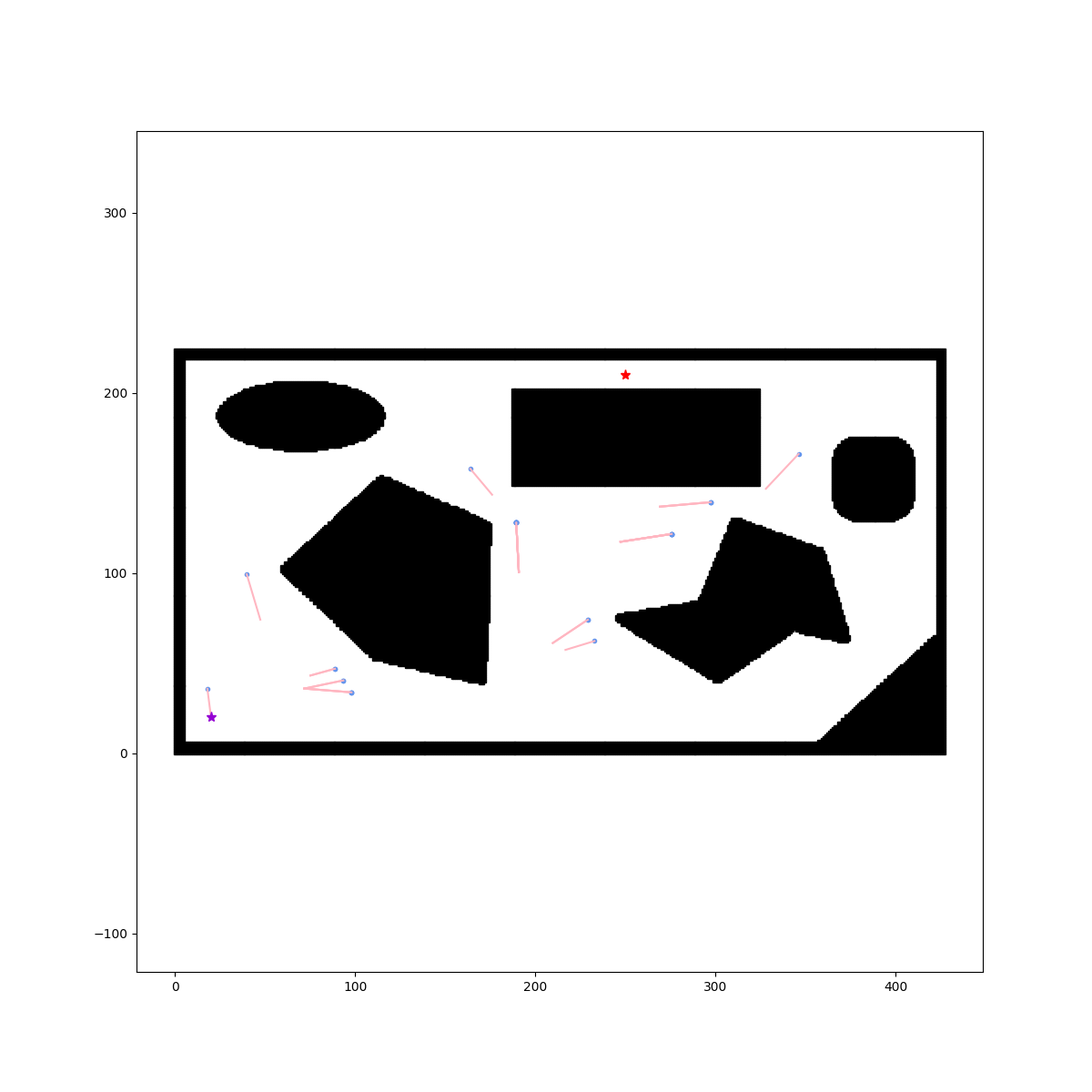
Repository: BaoL067/Pnc-Learning
Script's output: python sampling_based_planner/rrt_star.py
An editor plug-in stored every save of this project. The script's output is shown before and after the next save, followed by the edit.
The pictures are shown at 91% of full size.
Animations are shown at an early frame. Random numbers start from a fixed seed. It also reads sampling_based_planner/maps/map3.png.

Above is the script's output before, as saved 2024-10-06 17:51:50.

### sampling_based_planner/rrt_star.py
import math
import random

import sys
import matplotlib.pyplot as plt
import cv2
import pathlib
import numpy as np

SHOW_SAMPLING_PROCESS = True
random.seed(0)
class RRTStar:
    class Node:
        def __init__(self, x, y):
            # the position of node
            self.x = x
            self.y = y
            # the path between current node and its parent
            self.path_x = []
            self.path_y = []
            # the cost of node
            self.cost = 0
            # the parent of node
            self.parent = None

        def reset(self):
            self.path_x = []
            self.path_y = []
            self.parent = None


    def __init__(self,
                start,
                goal,
                x_rand_area,
                y_rand_area,
                obstacle_map = None,
                extend_dist = 10.0,
                path_resolution = 1.0,
                goal_sample_rate = 10,
                max_iter = 1000,
                near_nodes_dist_threshold = 30.0,
                search_until_max_iter = False):

        self.start = self.Node(start[0], start[1])
        self.end = self.Node(goal[0], goal[1])
        self.x_min_rand = x_rand_area[0]
        self.x_max_rand = x_rand_area[1]
        self.y_min_rand = y_rand_area[0]
        self.y_max_rand = y_rand_area[1]
        self.obstacle_map = obstacle_map
        self.extend_dist = extend_dist
        self.path_resolution = path_resolution
        self.goal_sample_rate = goal_sample_rate
        self.max_iter = max_iter

        self.near_nodes_dist_threshold = near_nodes_dist_threshold
        self.search_until_max_iter = search_until_max_iter

        self.goal_node = self.Node(goal[0], goal[1])
        self.node_list = []

    def planning(self):
        self.draw_start_and_goal()
        self.node_list = [self.start]

        for i in range(self.max_iter):
            # TODO: 1. generate random node within the x/y range
            random_node = self.generate_random_node()

            # TODO: 2. find the nearest node to random node in the tree
            nearest_node = min(self.node_list, key=lambda node: math.hypot(node.x - random_node.x, node.y - random_node.y))

            # TODO: 3. Steer the nearest_node to random with extend_dist
            dx = random_node.x - nearest_node.x
            dy = random_node.y - nearest_node.y
            d = math.hypot(dx, dy)
            if d >= self.extend_dist:
                new_node = self.Node(nearest_node.x + self.extend_dist * dx / d, nearest_node.y + self.extend_dist * dy / d)
                self.rewire(new_node, nearest_node)
            else:
                continue

            if self.check_collision_with_obs_map(new_node, self.obstacle_map):
                # RRT implementation
                self.node_list.append(new_node)
                # self.draw_node_and_edge(new_node)
                # RRT* implementation
                # TODO: 4. find nodes near the new_node, and choose the parent which maintains a minimum-cost from the start node
                near_nodes = [node for node in self.node_list if math.hypot(node.x - new_node.x, node.y - new_node.y) <= self.near_nodes_dist_threshold]
                collision_free_nodes = self.find_collision_free_node(new_node, near_nodes)
                optimal_node = min(collision_free_nodes, key=lambda node: node.cost + math.hypot(node.x - new_node.x, node.y - new_node.y))
                self.rewire(new_node, optimal_node)

                # TODO: 5. rewire the tree and draw current node and the edge between it and its parent node
                for near_node in collision_free_nodes:
                    if near_node.cost > new_node.cost + math.hypot(near_node.x - new_node.x, near_node.y - new_node.y):
                        self.rewire(near_node, new_node)
                        self.draw_node_and_edge(new_node)
            else:
                new_node.reset()
                continue

            # TODO: 6. check if the tree has extended to the vicinity of the goal point, if so, select a suitable
            # node directly to connect to the goal, if the edge does not collide with obstacles, the search can
            # be finished, return the entire path which is extracted by backtracking.
            if ((not self.search_until_max_iter) and new_node):
                if (math.hypot(new_node.x - self.end.x, new_node.y - self.end.y) <= self.extend_dist):
                    self.rewire(self.end, new_node)
                    if self.check_collision_with_obs_map(self.end, self.obstacle_map):
                        return self.backtracking(len(self.node_list) - 1)
                    else:
                        self.end.reset()

        print("reach max iteration")
        # TODO: 7. reach max iteration, backtracking to extract the path between the last node and the start node
        return self.backtracking(len(self.node_list) - 1)

    def generate_random_node(self):
        if random.randint(0, 100) > self.goal_sample_rate:
            random_node = self.Node(random.uniform(self.x_min_rand, self.x_max_rand),
                                    random.uniform(self.y_min_rand, self.y_max_rand))
            return random_node
        else:  # select goal point
            return self.Node(self.end.x, self.end.y)

    def backtracking(self, goal_idx):
        """
            backtracking from last index to retrieve the entire path.
        """
        path = [[self.end.x, self.end.y]]
        node = self.node_list[goal_idx]
        while node.parent is not None:
            path.append([node.x, node.y])
            node = node.parent
        path.append([node.x, node.y])

        return path

    def check_collision_with_obs_map(self, node, obstacle_map):
        if node is None or obstacle_map[round(node.x)][round(node.y)] == True:
            return False

        for x, y in zip(node.path_x, node.path_y):
            if (obstacle_map[round(x)][round(y)] == True):
                return False  # collision

        return True  # safe

    def draw_start_and_goal(self):
        plt.plot(self.start.x, self.start.y, marker='*', color='darkviolet', markersize=8, zorder=100000)
        plt.plot(self.end.x, self.end.y, marker='*', color='r', markersize=8, zorder=100000)

    def draw_node_and_edge(self, node):
        # for stopping simulation with the esc key.
        plt.gcf().canvas.mpl_connect('key_release_event',
                                    lambda event: [exit(0) if event.key == 'escape' else None])
        plt.plot(node.x, node.y, '.', color='cornflowerblue')
        if node.parent:
            plt.plot(node.path_x, node.path_y, '-', color='lightpink')
        if (SHOW_SAMPLING_PROCESS):
            plt.pause(0.00000001)

    def generate_path(self, node):
        dx = node.x - node.parent.x
        dy = node.y - node.parent.y
        d = math.hypot(dx, dy)

        steps = int(round(d / self.path_resolution))

        path_x = np.linspace(node.parent.x, node.x, steps).tolist()
        path_y = np.linspace(node.parent.y, node.y, steps).tolist()

        return path_x, path_y

    def rewire(self, node, new_parent):
        node.parent = new_parent
        node.path_x, node.path_y = self.generate_path(node)
        node.cost = new_parent.cost + math.hypot(node.x - new_parent.x, node.y - new_parent.y)

    def find_collision_free_node(self, new_node, near_nodes):
        collision_free_nodes = []
        for near_node in near_nodes:
            temp_node = self.Node(near_node.x, near_node.y)
            self.rewire(temp_node, new_node)
            if self.check_collision_with_obs_map(temp_node, self.obstacle_map):
                collision_free_nodes.append(near_node)
        return collision_free_nodes

def preprocess_image(image, threshold):
    # convert to gray image
    gray_img = cv2.cvtColor(image, cv2.COLOR_RGB2GRAY)
    # binarization
    _, binary_img = cv2.threshold(gray_img, threshold, 255, cv2.THRESH_BINARY)
    return binary_img

def extract_obstacle_list_from_img(binary_img):
    obstacle_x_list = []
    obstacle_y_list = []
    # get the size of binary image
    rows, cols = binary_img.shape[:2]

    for i in range(rows):
        for j in range(cols):
            if binary_img[i, j] == 0:
                # convert image frame to world frame
                obstacle_x_list.append(j)
                obstacle_y_list.append(rows - i - 1)

    return obstacle_x_list, obstacle_y_list

def extract_obstacle_map_list_from_img(binary_img):
    # get the size of binary image
    img_rows, img_cols = binary_img.shape[:2]

    # convert image frame to world frame
    map_x_size = img_cols
    map_y_size = img_rows

    # construct obstacle map
    obstacle_map = [[False for y in range(map_y_size)] for x in range(map_x_size)]

    for x in range(map_x_size):
        for y in range(map_y_size):
            if binary_img[map_y_size - y - 1, x] == 0:
                obstacle_map[x][y] = True

    return obstacle_map

def main():
    # read image map
    image = cv2.imread(str(pathlib.Path.cwd()) + "\sampling_based_planner\maps\map3.png")
    # transform to binary image
    binary_img = preprocess_image(image, 127)
    # extract obstacle map from image
    obstacle_map = extract_obstacle_map_list_from_img(binary_img)

    x_size = len(obstacle_map)
    y_size = len(obstacle_map[0])

    obs_x_list, obs_y_list = [], []
    for x in range(len(obstacle_map)):
        for y in range(len(obstacle_map[0])):
            if obstacle_map[x][y] == True:
                obs_x_list.append(x)
                obs_y_list.append(y)

    plt.figure(figsize=(12, 12))
    plt.axis("equal")
    plt.plot(obs_x_list, obs_y_list, 'sk', markersize=2)

    rrt_star = RRTStar(
        start=[20, 20],
        goal=[250, 210],
        x_rand_area=[0, len(obstacle_map)],
        y_rand_area=[0, len(obstacle_map[0])],
        obstacle_map=obstacle_map,
        extend_dist=8.0,
        max_iter=3000,
        near_nodes_dist_threshold=30.0,
        search_until_max_iter=False)

    path = rrt_star.planning()
    path_nodes_num = len(path)

    if path is None:
        print("Cannot find path")
    else:
        print("Find path!")

    # draw final path
    plt.plot([x for (x, y) in path], [y for (x, y) in path], '-', linewidth=2.0, color='palegreen')
    plt.title(f"Path Nodes Num: {path_nodes_num}")
    plt.show()

if __name__ == '__main__':
    main()

After the next save:
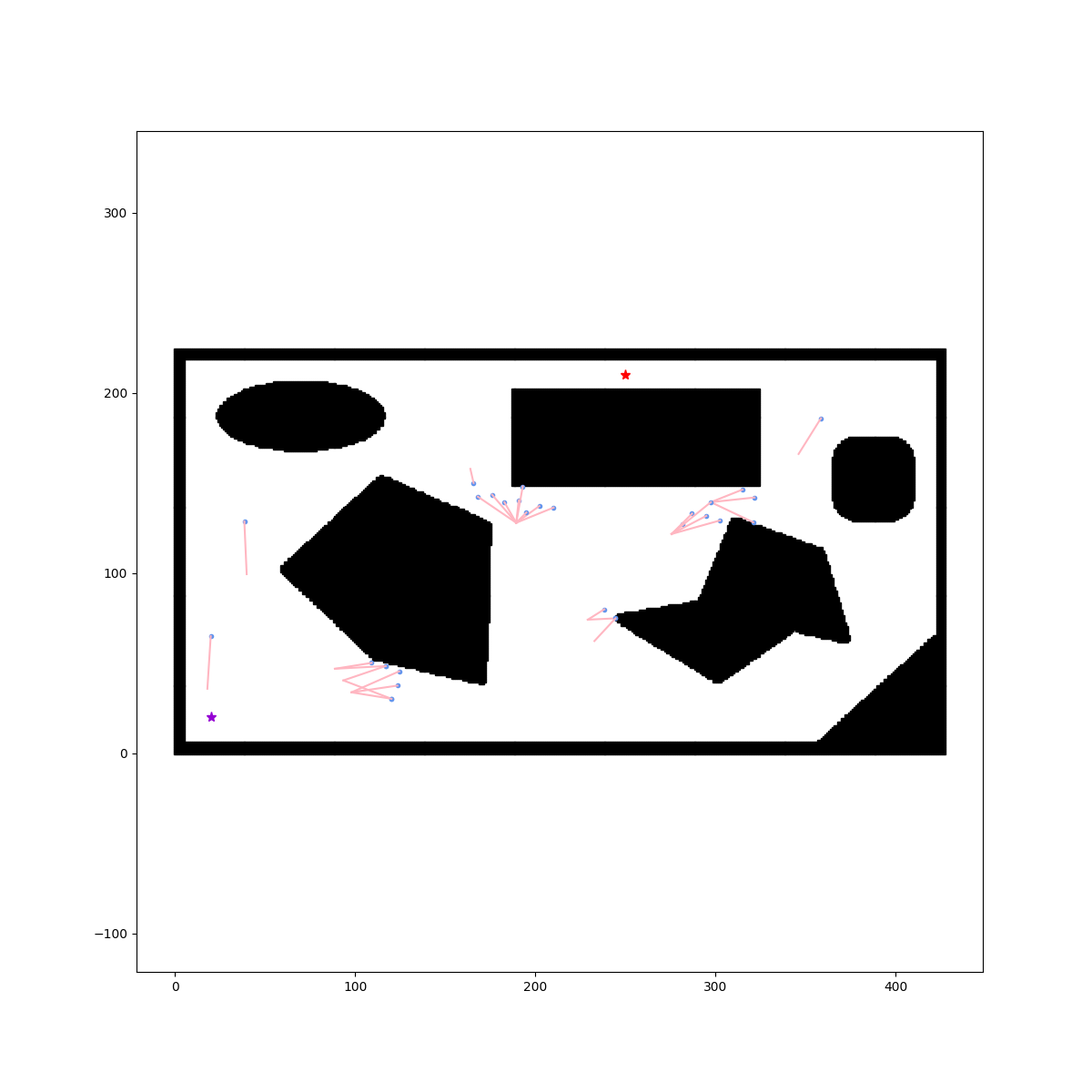
Saved 38 s later.
--- a/sampling_based_planner/rrt_star.py
+++ b/sampling_based_planner/rrt_star.py
@@ -96,7 +96,7 @@ class RRTStar:
                 for near_node in collision_free_nodes:
                     if near_node.cost > new_node.cost + math.hypot(near_node.x - new_node.x, near_node.y - new_node.y):
                         self.rewire(near_node, new_node)
-                        self.draw_node_and_edge(new_node)
+                        self.draw_node_and_edge(near_node)
             else:
                 new_node.reset()
                 continue
